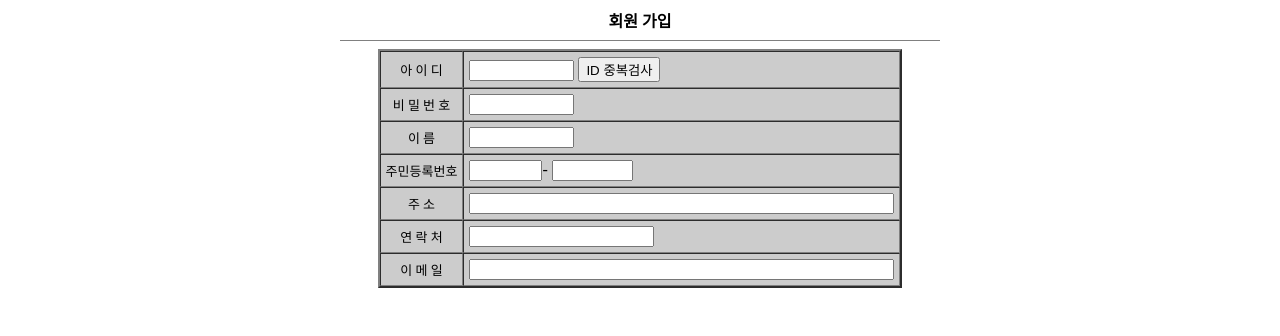
Repository: kalmia26/Capstone
Page: http://localhost/LectureSystem/member_input.jsp
An editor plug-in stored every save of this project. The page is shown before and after the next save, followed by the edit.
The browser window is 1280 px wide. The pictures show the whole page.
The page is served by Tomcat 9.

Above is the page before, as saved 2017-05-24 06:09:27.

After the next save:
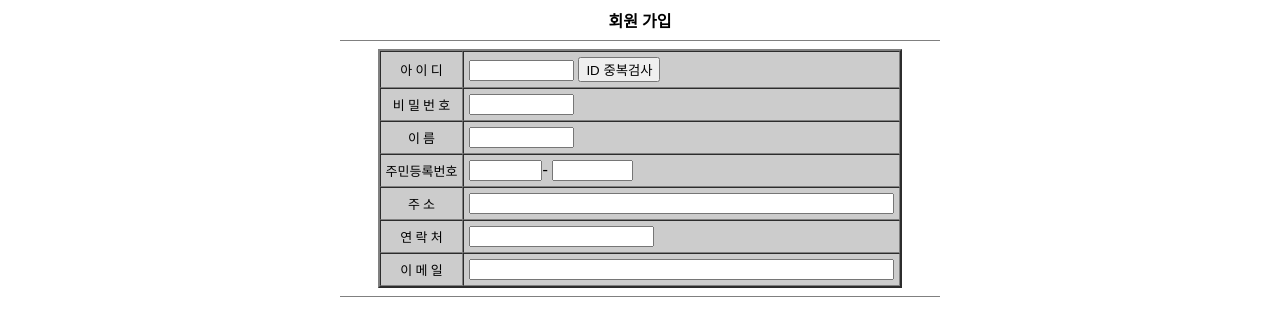
Saved 100 s later.
--- a/LectureSystem/WebContent/member_input.jsp
+++ b/LectureSystem/WebContent/member_input.jsp
@@ -176,6 +176,18 @@ function check_id() {
 			</td>
 		</tr>
 		</table>
+
+		<table border="0" width="600" cellpadding="0" cellspacing="0">
+			<tr>
+				<td><hr size='1' noshade>
+				</td>
+			</tr>
+		</table>
+
+		<table>
+			<td colspan='2' align="center">
+			</td>
+		</table>
 	</form>
 </center>
 
